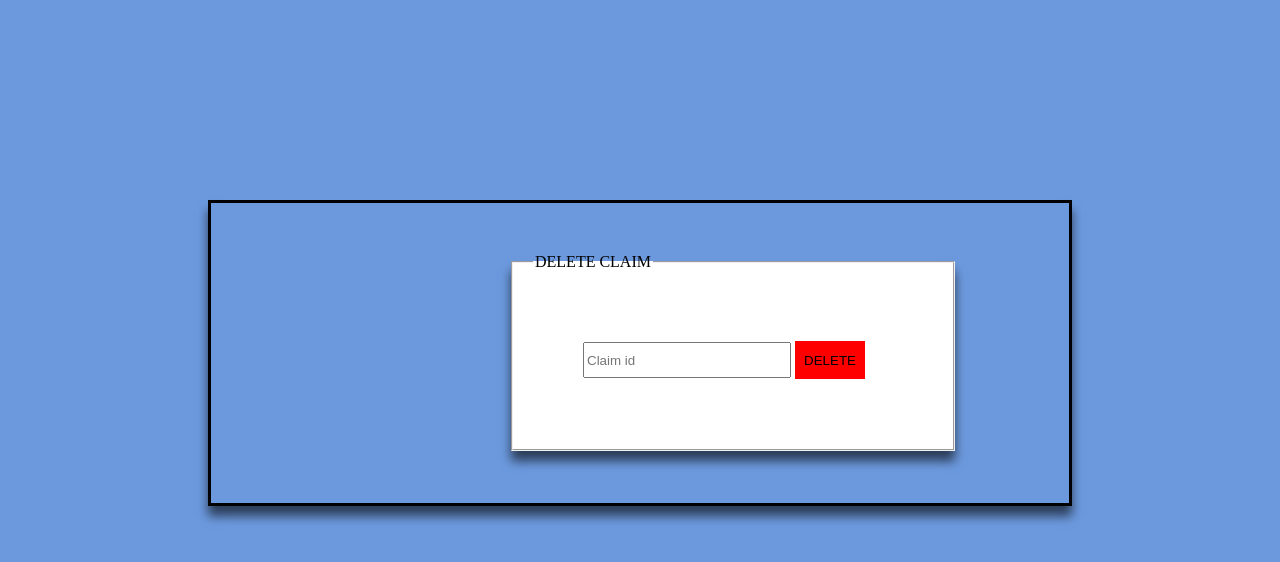
Repository: Nihara-R/Vehicle-Insurance-Portal
Page: http://localhost/delete_claim.php
These files come from the project's save history. The page is drawn as it stood at one moment and after the next save; the edit follows.
The browser window is 1280 px wide. The pictures show the whole page.
The page is run by PHP 8.4 with error messages shown; the project is at /var/www/html/.

Above is the page before, as saved 2023-06-29 09:01:08.

### delete_claim.php
<!DOCTYPE html>
<html lang="en" dir="ltr">
  <head>
    <meta charset="utf-8">
    <title></title>
    <link rel="stylesheet" href="css/deletuser.css">
  </head>
  <body>
    <div class="deletebox">
    <fieldset>
<legend>DELETE CLAIM</legend>

    <form class="" action="include/delet_claim.inc.php" method="post">

      <input type="text" name="id" value="" placeholder="Claim id" class="textbox">

      <input type="submit" name="submit" value="DELETE" class="button">

</fieldset>
</div>
    </form>

  </body>
</html>

### css/deletuser.css
body{
  background: #6C99DE;
}
form{
margin: 50px;
}
.deletebox{
  margin: 200px;
  padding: 50px;
  height: 200px;
  border: 3px solid black;
  box-shadow: 0 10px 10px rgba(0,0, 0, 0.60);
}
fieldset{
  width: 400px;
  padding: 20px;
  align-items: center;
  justify-content: center;
  margin-left: 250px;

  box-shadow: 0 10px 10px rgba(0,0, 0, 0.60);
  background: white;
}
.button{
  background: red;
  height: 38px;
  width: 70px;
  border: none;
}
.textbox{
  height: 30px;
  width: 200px;

}

After the next save:
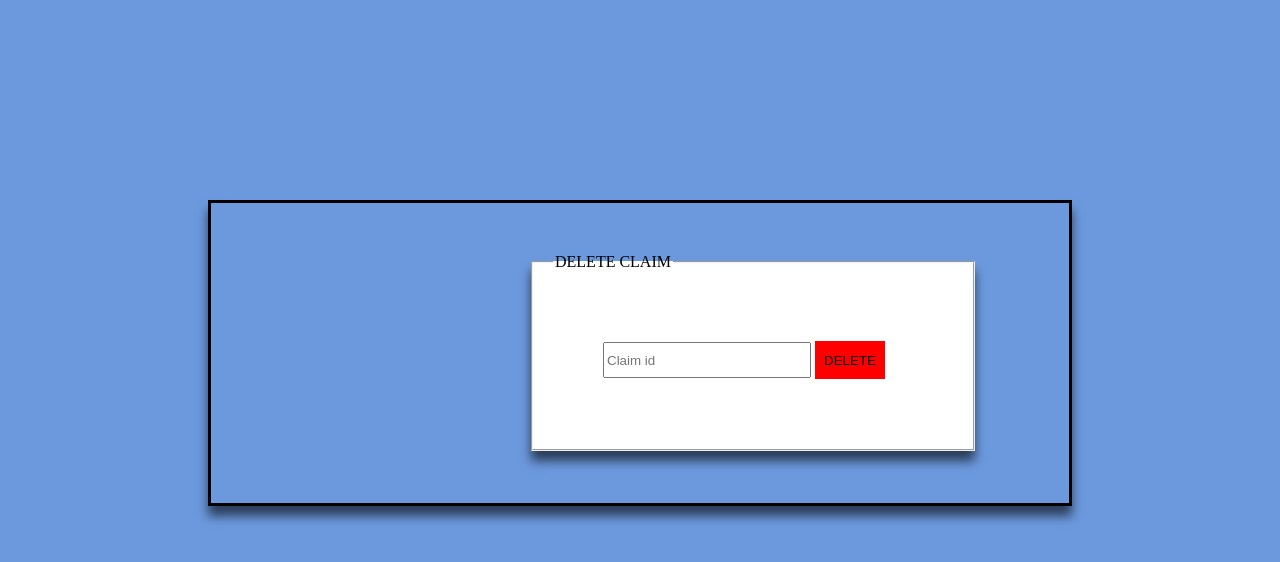
Saved 17 s later.
--- a/css/deletuser.css
+++ b/css/deletuser.css
@@ -16,7 +16,7 @@ fieldset{
   padding: 20px;
   align-items: center;
   justify-content: center;
-  margin-left: 250px;
+  margin-left: 270px;
 
   box-shadow: 0 10px 10px rgba(0,0, 0, 0.60);
   background: white;
